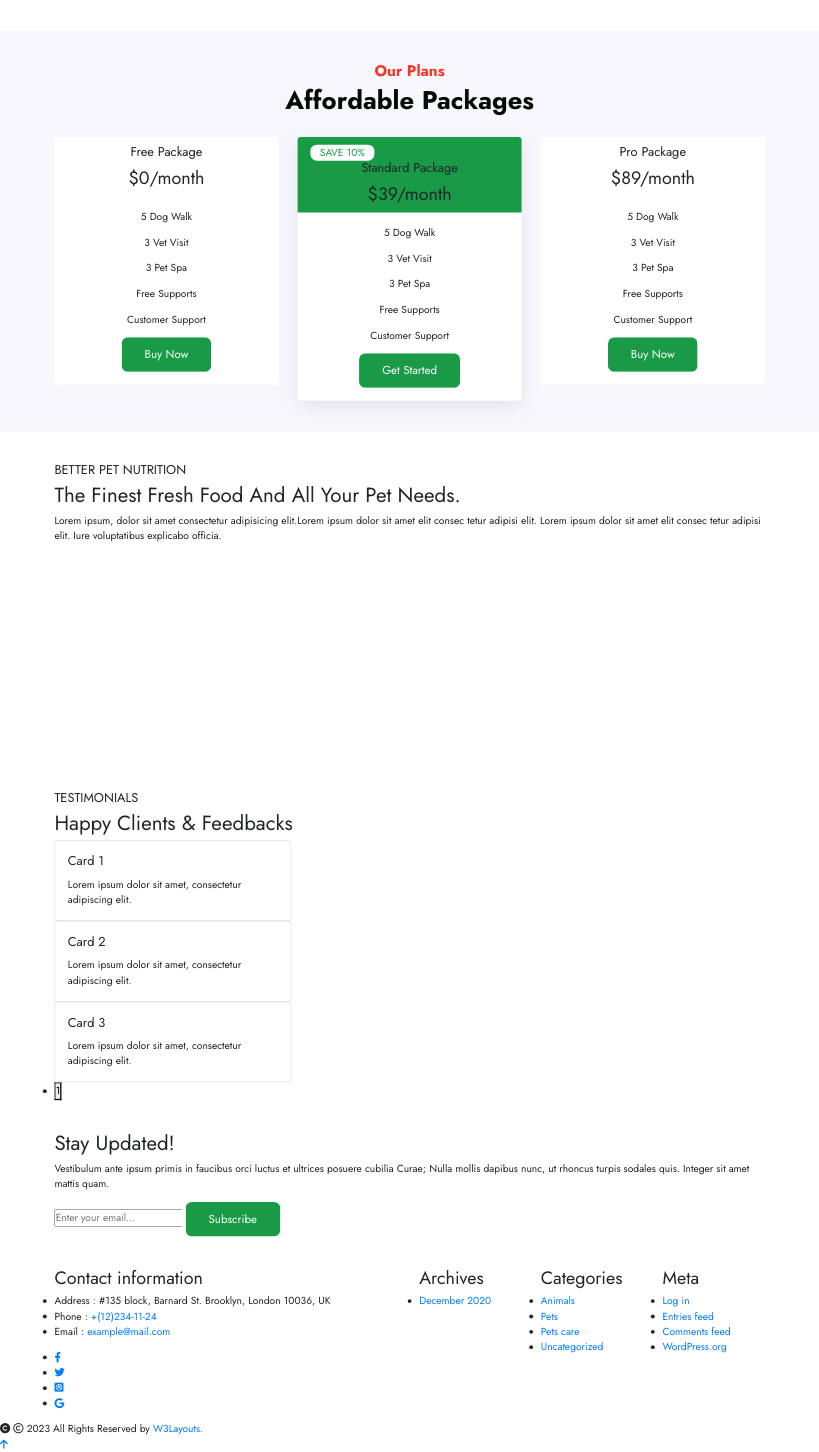
Repository: thanhfrankie/poochcare
Page: index.html
The author's editor kept a copy of each file at every save. The page is drawn from the files as they stood at one save, then again after the next save.
The browser window is 1280 px wide. The pictures show the whole page, at 64% of full size.
Pictures or frames that could not be fetched are drawn as grey boxes.

Above is the page before, as saved 2023-12-20 22:32:29.

### index.html
<!DOCTYPE html>
<html lang="en">
  <head>
    <title>Pooch Care</title>
    <!-- Required meta tags -->
    <meta charset="utf-8" />
    <meta
      name="viewport"
      content="width=device-width, initial-scale=1, shrink-to-fit=no"
    />
    <!-- FONT AWESOME -->
    <link
      rel="stylesheet"
      href="https://cdnjs.cloudflare.com/ajax/libs/font-awesome/6.4.2/css/all.min.css"
      integrity="sha512-z3gLpd7yknf1YoNbCzqRKc4qyor8gaKU1qmn+CShxbuBusANI9QpRohGBreCFkKxLhei6S9CQXFEbbKuqLg0DA=="
      crossorigin="anonymous"
      referrerpolicy="no-referrer"
    />
    <!-- Bootstrap CSS -->
    <link
      rel="stylesheet"
      href="https://stackpath.bootstrapcdn.com/bootstrap/4.3.1/css/bootstrap.min.css"
      integrity="sha384-ggOyR0iXCbMQv3Xipma34MD+dH/1fQ784/j6cY/iJTQUOhcWr7x9JvoRxT2MZw1T"
      crossorigin="anonymous"
    />
    <!-- Font Jost -->
    <link rel="preconnect" href="https://fonts.googleapis.com" />
    <link rel="preconnect" href="https://fonts.gstatic.com" crossorigin />
    <link
      href="https://fonts.googleapis.com/css2?family=Jost:wght@300;400;700&display=swap"
      rel="stylesheet"
    />
    <!-- Pricing CSS -->
    <link rel="stylesheet" href="./css/pricing.css" />
    <!-- pet food CSS (em đặt tên nutrition hay pet-nutrition hay pet__nutrition nó không cho đặt vậy ạ) -->
    <link rel="stylesheet" href="./css/petfood.css" />
    <!-- Testimonials CSS -->
    <link rel="stylesheet" href="./css/testimonials.css" />
    <!-- Subscribe CSS -->
    <link rel="stylesheet" href="./css/subscribe.css" />
    <!-- footer CSS -->
    <link rel="stylesheet" href="./css/footer.css" />
    <!-- Main CSS -->
    <link rel="stylesheet" href="./css/style.css" />
  </head>
  <body>
    <!-- Pricing -->
    <section class="pricing" id="pricing">
      <div class="container mt-5 py-5">
        <div class="title">
          <h4>Our Plans</h4>
          <h2>Affordable Packages</h2>
        </div>
        <div class="row mt-6 ">
          <!-- Pricing Card 1 -->
          <div class="col-lg-4">
            <div class="card">
              <div class="card-header">
                <h5 class="card-title">Free Package</h5>
                <h3 class="card-text">$0/month</h3>
              </div>
              <div class="card-body">
                <p class="card-text">5 Dog Walk</p>
                <p class="card-text">3 Vet Visit</p>
                <p class="card-text">3 Pet Spa</p>
                <p class="card-text">Free Supports</p>
                <p class="card-text">Customer Support</p>
                <a href="#" class="btn btn-buy">Buy Now</a>
              </div>
            </div>
          </div>

          <!-- Pricing Card 2 -->
          <div class="col-lg-4">
            <div class="card card2">
              <div class="card-header">
                <div class="card-save">Save 10%</div>
                <h5 class="card-title">Standard Package</h5>
                <h3 class="card-text">$39/month</h3>
              </div>
              <div class="card-body">
                <p class="card-text">5 Dog Walk</p>
                <p class="card-text">3 Vet Visit</p>
                <p class="card-text">3 Pet Spa</p>
                <p class="card-text">Free Supports</p>
                <p class="card-text">Customer Support</p>
                <a href="#" class="btn btn-buy">Get Started</a>
              </div>
            </div>
          </div>

          <!-- Pricing Card 3 -->
          <div class="col-lg-4">
            <div class="card">
              <div class="card-header">
                <h5 class="card-title">Pro Package</h5>
                <h3 class="card-text">$89/month</h3>
              </div>
              <div class="card-body">
                <p class="card-text">5 Dog Walk</p>
                <p class="card-text">3 Vet Visit</p>
                <p class="card-text">3 Pet Spa</p>
                <p class="card-text">Free Supports</p>
                <p class="card-text">Customer Support</p>
                <a href="#" class="btn btn-buy">Buy Now</a>
              </div>
            </div>
          </div>
        </div>
      </div>
    </section>
    <!-- PET NUTRITION -->
    <section class="nutrition">
      <div class="container mt-5">
        <h5>BETTER PET NUTRITION</h5>
        <h2>The Finest Fresh Food And All Your Pet Needs.</h2>
        <p>
          Lorem ipsum, dolor sit amet consectetur adipisicing elit.Lorem ipsum
          dolor sit amet elit consec tetur adipisi elit. Lorem ipsum dolor sit
          amet elit consec tetur adipisi elit. Iure voluptatibus explicabo
          officia.
        </p>
        <iframe
          width="560"
          height="315"
          src="https://www.youtube.com/embed/JXUTJNv4j6A?si=1nzgvqwKbkVzJ4BS"
          title="YouTube video player"
          frameborder="0"
          allow="accelerometer; autoplay; clipboard-write; encrypted-media; gyroscope; picture-in-picture; web-share"
          allowfullscreen
        ></iframe>
      </div>
    </section>
    <!-- TESTIMONIALS -->
    <section class="testimonial">
      <div class="container mt-5">
        <h5>TESTIMONIALS</h5>
        <h2>Happy Clients & Feedbacks</h2>
        <div class="slick-carousel">
          <!-- Slick Carousel Item 1 -->
          <div class="card">
            <div class="card-body">
              <h5 class="card-title">Card 1</h5>
              <p class="card-text">
                Lorem ipsum dolor sit amet, consectetur adipiscing elit.
              </p>
            </div>
          </div>

          <!-- Slick Carousel Item 2 -->
          <div class="card">
            <div class="card-body">
              <h5 class="card-title">Card 2</h5>
              <p class="card-text">
                Lorem ipsum dolor sit amet, consectetur adipiscing elit.
              </p>
            </div>
          </div>

          <!-- Slick Carousel Item 3 -->
          <div class="card">
            <div class="card-body">
              <h5 class="card-title">Card 3</h5>
              <p class="card-text">
                Lorem ipsum dolor sit amet, consectetur adipiscing elit.
              </p>
            </div>
          </div>
        </div>
      </div>
    </section>
    <!-- Subscribe -->
    <section class="subscribe">
      <div class="container mt-5">
        <h2>Stay Updated!</h2>
        <p>
          Vestibulum ante ipsum primis in faucibus orci luctus et ultrices
          posuere cubilia Curae; Nulla mollis dapibus nunc, ut rhoncus turpis
          sodales quis. Integer sit amet mattis quam.
        </p>
        <input
          type="email"
          name=""
          id="subscribe"
          placeholder="Enter your email..."
        />
        <button class="btn">Subscribe</button>
      </div>
    </section>
    <footer>
      <div class="container mt-5">
        <div class="row">
          <div class="col-lg-6">
            <h3>Contact information</h3>
            <ul class="footer__contact">
              <li>
                Address : #135 block, Barnard St. Brooklyn, London 10036, UK
              </li>
              <li>
                Phone :
                <span>
                  <a href="#">+(12)234-11-24</a>
                </span>
              </li>
              <li>
                Email :
                <span>
                  <a href="#">example@mail.com</a>
                </span>
              </li>
            </ul>
            <ul class="footer__social">
              <li>
                <a href="https://www.facebook.com/w3layouts/">
                  <i class="fa-brands fa-facebook-f"></i
                ></a>
              </li>
              <li>
                <a href="https://twitter.com/W3layouts"
                  ><i class="fa-brands fa-twitter"></i
                ></a>
              </li>
              <li>
                <a href="https://dribbble.com/w3layouts"
                  ><i class="fa-brands fa-square-dribbble"></i
                ></a>
              </li>
              <li>
                <a href="https://myaccount.google.com/intro/profile"
                  ><i class="fa-brands fa-google"></i
                ></a>
              </li>
            </ul>
          </div>
          <div class="col-lg-6">
            <div class="row">
              <div class="col-sm-4">
                <h3>Archives</h3>
                <ul>
                  <li>
                    <a href="#"> December 2020 </a>
                  </li>
                </ul>
              </div>
              <div class="col-sm-4">
                <h3>Categories</h3>
                <ul>
                  <li>
                    <a href="#"> Animals </a>
                  </li>
                  <li>
                    <a href="#"> Pets </a>
                  </li>
                  <li>
                    <a href="#"> Pets care </a>
                  </li>
                  <li>
                    <a href="#"> Uncategorized </a>
                  </li>
                </ul>
              </div>
              <div class="col-sm-4">
                <h3>Meta</h3>
                <ul>
                  <li>
                    <a href="#"> Log in </a>
                  </li>
                  <li>
                    <a href="#"> Entries feed </a>
                  </li>
                  <li>
                    <a href="#"> Comments feed </a>
                  </li>
                  <li>
                    <a href="#"> WordPress.org </a>
                  </li>
                </ul>
              </div>
            </div>
          </div>
        </div>
      </div>
      <div class="copyright">
        <i class="fa fa-copyright" aria-hidden="true"></i>
        <i class="fa-regular fa-copyright"></i>
        <span
          >2023 All Rights Reserved by
          <a href="https://w3layouts.com/">W3Layouts.</a></span
        >
      </div>
    </footer>
    <a href="#" class="backToTop cd-top text-replace js-cd-top">
      <i class="fa fa-arrow-up"></i>
    </a>
    <!-- Optional JavaScript -->
    <!-- jQuery first, then Popper.js, then Bootstrap JS -->
    <script
      src="https://code.jquery.com/jquery-3.3.1.slim.min.js"
      integrity="sha384-q8i/X+965DzO0rT7abK41JStQIAqVgRVzpbzo5smXKp4YfRvH+8abtTE1Pi6jizo"
      crossorigin="anonymous"
    ></script>
    <script
      src="https://cdnjs.cloudflare.com/ajax/libs/popper.js/1.14.7/umd/popper.min.js"
      integrity="sha384-UO2eT0CpHqdSJQ6hJty5KVphtPhzWj9WO1clHTMGa3JDZwrnQq4sF86dIHNDz0W1"
      crossorigin="anonymous"
    ></script>
    <script
      src="https://stackpath.bootstrapcdn.com/bootstrap/4.3.1/js/bootstrap.min.js"
      integrity="sha384-JjSmVgyd0p3pXB1rRibZUAYoIIy6OrQ6VrjIEaFf/nJGzIxFDsf4x0xIM+B07jRM"
      crossorigin="anonymous"
    ></script>
    <!-- slick carousel  -->
    <script
      src="https://cdnjs.cloudflare.com/ajax/libs/slick-carousel/1.8.1/slick.min.js"
      integrity="sha512-XtmMtDEcNz2j7ekrtHvOVR4iwwaD6o/FUJe6+Zq+HgcCsk3kj4uSQQR8weQ2QVj1o0Pk6PwYLohm206ZzNfubg=="
      crossorigin="anonymous"
      referrerpolicy="no-referrer"
    ></script>
    <script>
      // Initialize Slick Carousel
      $(".slick-carousel").slick({
        slidesToShow: 3,
        slidesToScroll: 1,
        dots: true,
        prevArrow: '<button type="button" class="slick-prev">&#9665;</button>',
        nextArrow: '<button type="button" class="slick-next">&#9655;</button>',
        responsive: [
          {
            breakpoint: 768,
            settings: {
              slidesToShow: 2,
            },
          },
          {
            breakpoint: 576,
            settings: {
              slidesToShow: 1,
            },
          },
        ],
      });
    </script>
  </body>
</html>

### css/pricing.css
.pricing {
  background-color: #f9f7fe;
}
.pricing .container {
  width: 100%;
}
.pricing .container .title {
  display: flex;
  justify-content: center;
  align-items: center;
  flex-direction: column;
  padding-bottom: 25px;
}
.pricing .container .title h4 {
  color: #f53626;
  font-weight: 550;
}
.pricing .title h2 {
  font-size: 40px;
  font-weight: 600;
  line-height: 48px;
  text-transform: capitalize;
  color: #000c04;
}
.pricing .container .row {
  /* border: 1px solid blue; */
}
.pricing .container .row .card {
  display: flex;
  justify-content: center;
  align-items: center;
  flex-direction: column;
  text-align: center;
  background-color: #ffffff;
  border-radius: 5px;
  border: none;
}
.pricing .container .row .card .card-header {

    background-color: white;
    border:  none;
}
.pricing .container .row .card2 {
  padding: -20px 0;
  box-shadow: 0 10px 30px 0 rgba(17, 17, 17, 0.09);
  z-index: 1;
}
.pricing .container .row .card2 .card-header {
  width: 100%;
  background-color: #189a46;
  border-top-right-radius: 5px;
  border-top-left-radius: 5px;
  line-height: 1.5;
}
/* .pricing .container .row .card2 .card-header::before {
    content: "";
    width: 100%;
    height: 150px;
    position: absolute;
    top: 0;
    left: 0;
    background-color: #189a46;
    transform: translateY(-50%);
    z-index: -1;
    margin-top: 50px;
} */
.pricing .container .row .card2 .card-save {
    width: 100px;
    height: 25px;
    background-color: white;
    color: #189a46;
    border-radius: 10px;
    text-align: center;
    text-transform: uppercase;
}
.btn-buy,.btn {
    background-color: #189a46;
    padding: 12px 35px;
    font-size: 18px;
    line-height: 28px;
    text-transform: capitalize;
    font-weight: 400;
    color: white;
    border-radius: 10px;
}
.btn:hover {
    color: #fff;
    background-color: #116E32;
    border-color: #116E32;
}
.pricing .container .row .card2 .btn-buy:hover{
    background-color: #189a46;
    border-color: #189a46;
}

### css/testimonials.css
TESTIMONIALS

### css/style.css
/* Global */
* {
  padding: 0;
  margin: 0;
  box-sizing: border-box;
}
html,
body {
  font-family: "Jost", sans-serif;
}

Loaded but not shown: css/footer.css (no copy from this time; the picture is the same without it); css/petfood.css (no copy from this time; the picture is the same without it); css/subscribe.css (no copy from this time; the picture is the same without it)

After the next save:
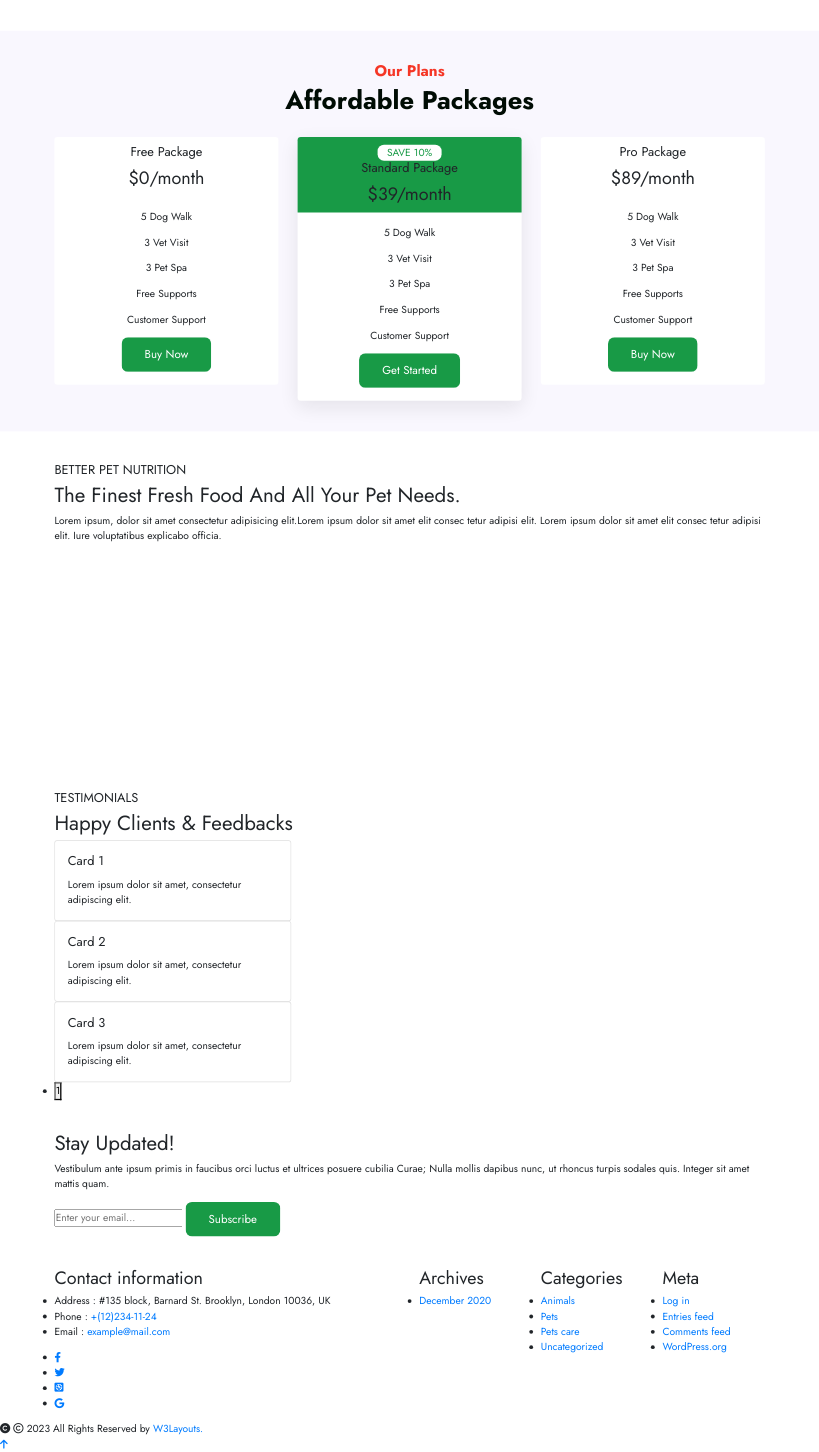
Saved 6 s later.
--- a/css/pricing.css
+++ b/css/pricing.css
@@ -36,7 +36,11 @@
   border: none;
 }
 .pricing .container .row .card .card-header {
-
+    display: flex;
+    justify-content: center;
+    align-items: center;
+    flex-direction: column;
+    text-align: center;
     background-color: white;
     border:  none;
 }
